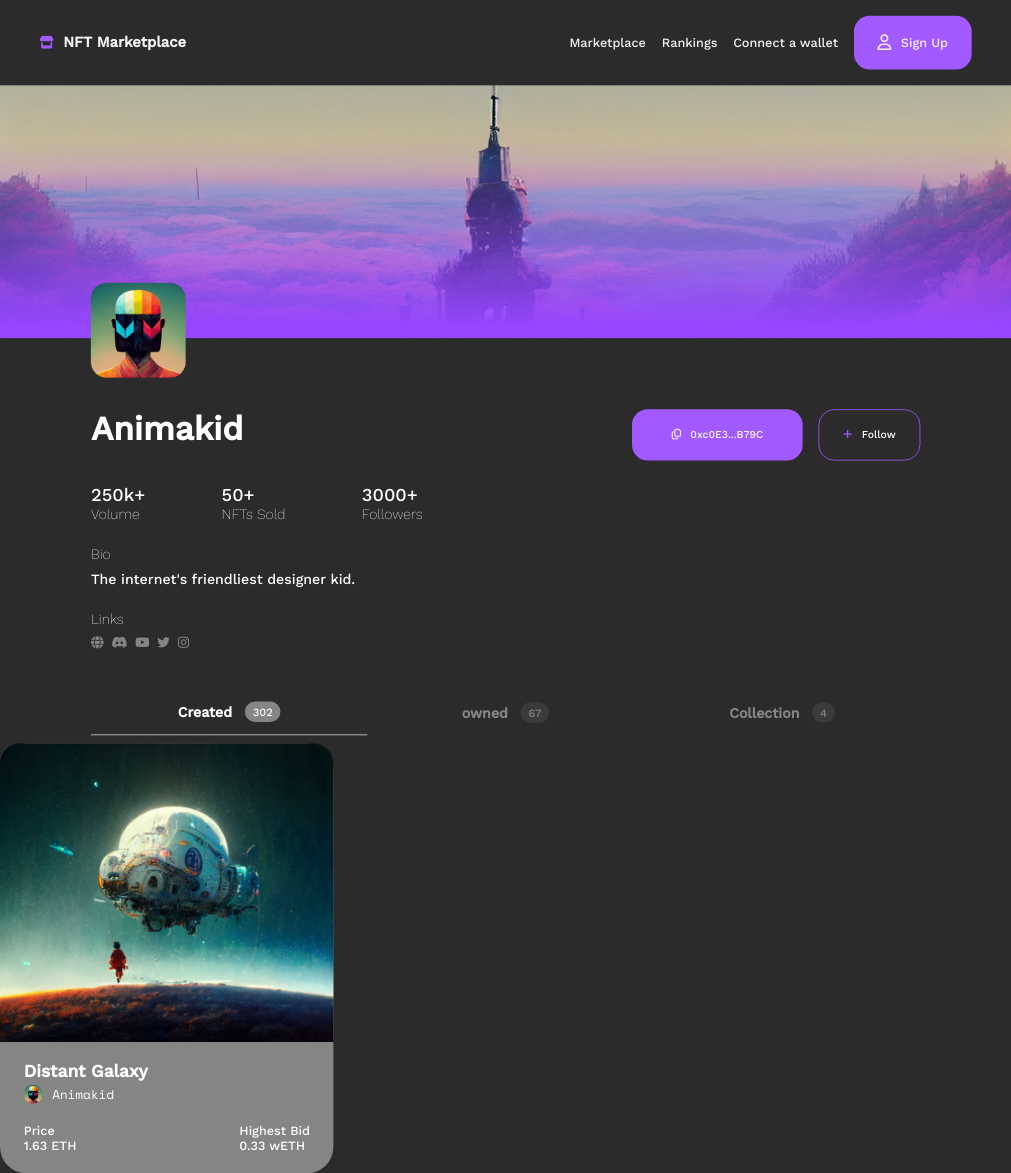
Repository: levananh202ht/NFT_Marketplace
Page: index.html
These files come from the project's save history. The page is drawn as it stood at one moment and after the next save; the edit follows.
The browser window is 1280 px wide. The pictures show the whole page, at 79% of full size.

Above is the page before, as saved 2023-12-10 15:20:52.

After the next save:
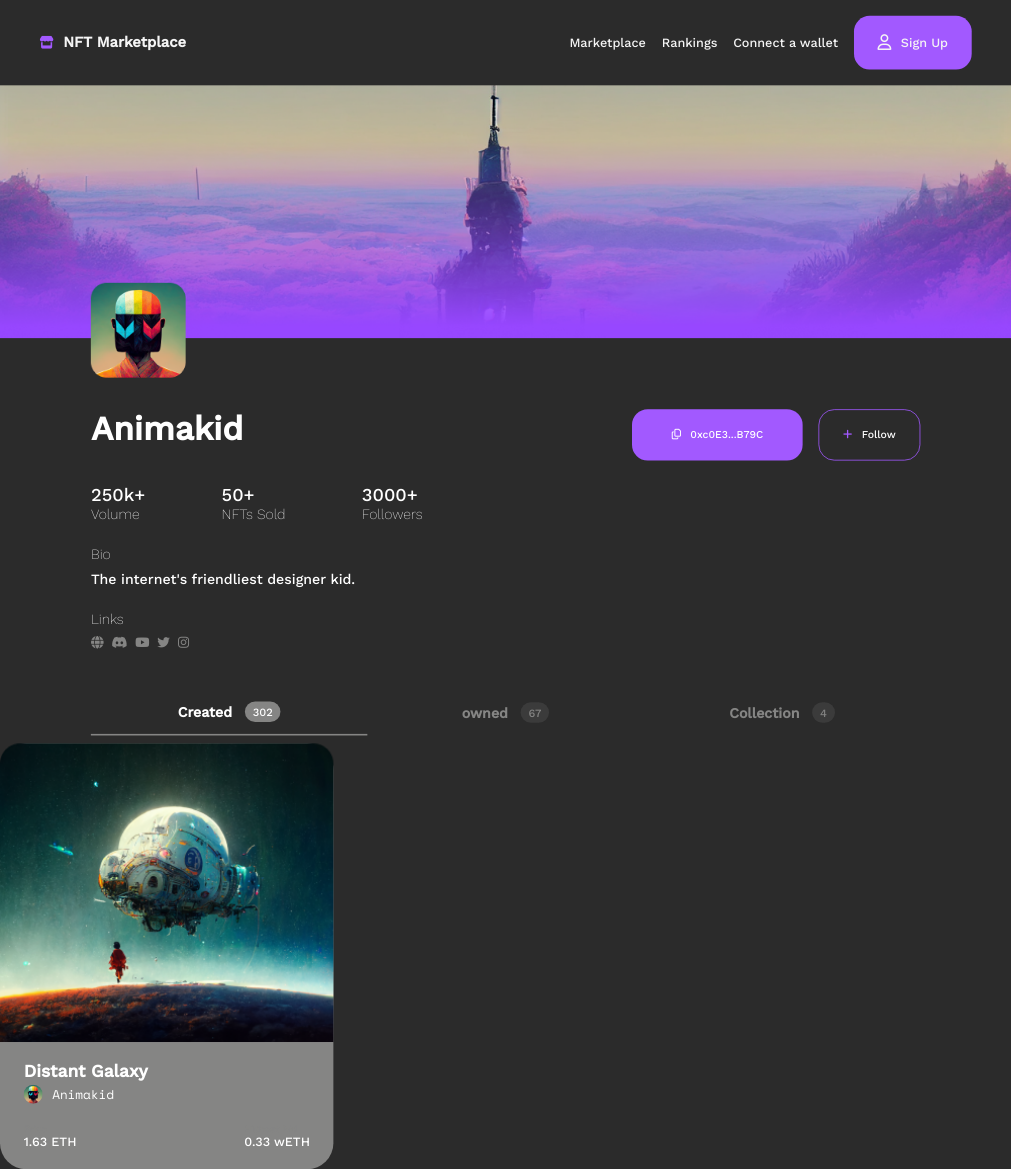
Saved 116 s later.
--- a/index.css
+++ b/index.css
@@ -236,3 +236,9 @@
     justify-content: space-between;
     font-family: 'Space Mono', monospace;
 }
+.nft_cardSection .nft_cardSection-item .nft_cardSection-item-info div:nth-child(3) span p:nth-child(1) {
+    font-size: 12px;
+    font-style: normal;
+    font-weight: 400;
+    color: #858584;
+}
